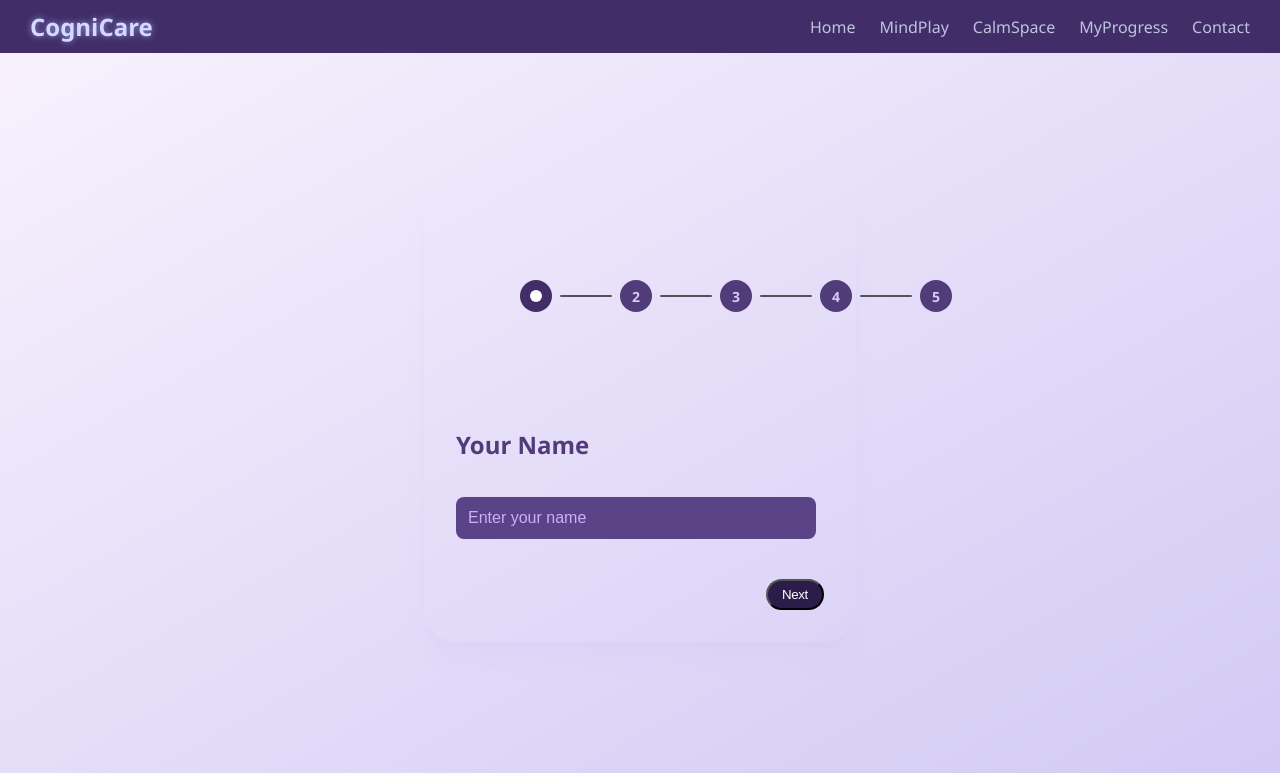
Repository: rujularaut/CogniCare
Page: /signup
These files come from the project's save history. The page is drawn as it stood at one moment and after the next save; the edit follows.
The browser window is 1280 px wide. The pictures show the whole page.
The pointer rests on the first visible `.next-button`.
The project was rebuilt for these pictures with package versions that can differ from the ones it lists, and the page was loaded fresh each time. Also part of the build but not shown: src/components/Welcome.css, src/components/Welcome.js, src/components/Particles.css, src/components/Particles.js, src/components/Meditation.css, src/components/Meditation.js, src/components/Signup.css, src/components/Signup.js and 2 more.

Above is the page before, as saved 2025-06-24 14:55:05.

After the next save:
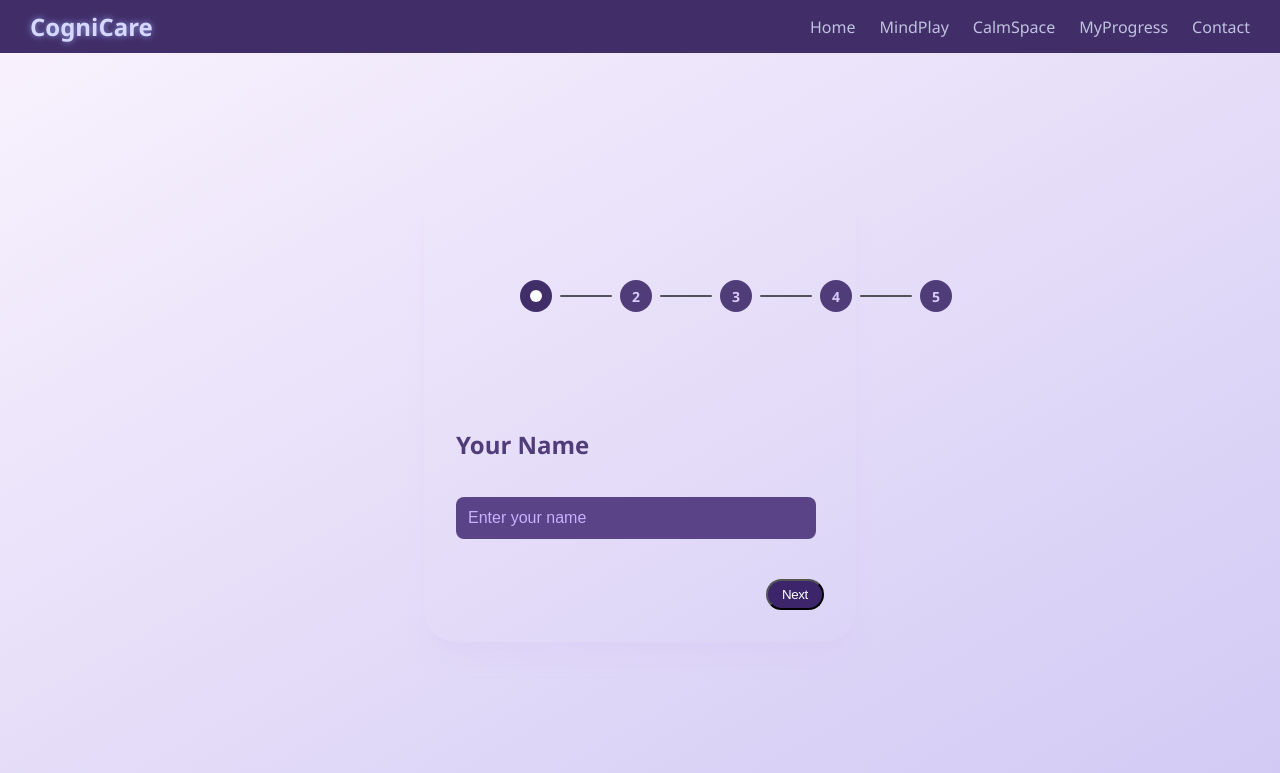
Saved 9 s later.
--- a/src/components/Stepper.css
+++ b/src/components/Stepper.css
@@ -99,7 +99,7 @@
 }
 
 .next-button:hover {
-  background-color: #2b1c4a;
+  background-color: #3c256a;
 }
 
 .next-button:active {
